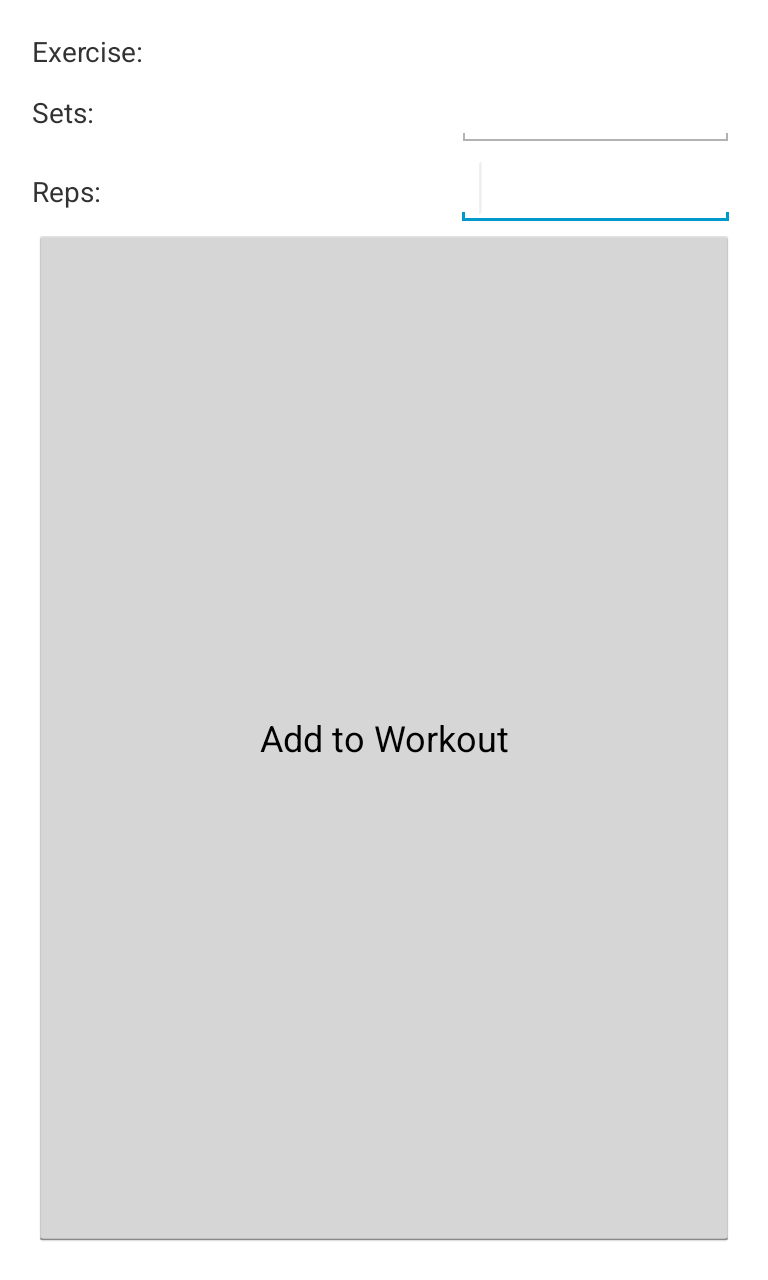
Repository: jmcdon09/EZWorkout
Layout: EzTrain/EzTrain/res/layout/activity_preview_exercise.xml
These files come from the project's save history. The layout is drawn as it stood at one moment and after the next save; the edit follows.
It is drawn on a 768 x 1280 px phone screen (xhdpi) without system bars, with theme AppTheme; the app's code is not run.

Above is the layout before, as saved 2014-03-27 23:33:38.

### EzTrain/EzTrain/res/layout/activity_preview_exercise.xml
<LinearLayout xmlns:android="http://schemas.android.com/apk/res/android"
    xmlns:tools="http://schemas.android.com/tools"
    android:id="@+id/LinearLayout1"
    android:layout_width="match_parent"
    android:layout_height="match_parent"
    android:orientation="vertical"
    android:paddingBottom="@dimen/activity_vertical_margin"
    android:paddingLeft="@dimen/activity_horizontal_margin"
    android:paddingRight="@dimen/activity_horizontal_margin"
    android:paddingTop="@dimen/activity_vertical_margin"
    tools:context=".PreviewExercise" >

    <LinearLayout
        android:weightSum="100"
        android:layout_width="match_parent"
        android:layout_height="wrap_content"
        android:orientation="horizontal" >

        <TextView
            android:layout_weight="60"
            android:layout_width="fill_parent"
            android:layout_height="wrap_content"
            android:text="@string/exercise" />

        <TextView
            android:layout_weight="40"
            android:id="@+id/preview_exercise_name"
            android:layout_width="fill_parent"
            android:layout_height="wrap_content" />

    </LinearLayout>

    <LinearLayout
        android:weightSum="100"
        android:layout_width="fill_parent"
        android:layout_height="wrap_content"
        android:orientation="horizontal" >

        <TextView
            android:layout_weight="40"
            android:layout_width="fill_parent"
            android:layout_height="wrap_content"
            android:text="@string/preview_exer_set" />

        <EditText
            android:layout_weight="60"
            android:id="@+id/preview_exer_set_number"
            android:layout_width="fill_parent"
            android:layout_height="wrap_content"
            android:ems="10"
            android:inputType="numberSigned" >

            <requestFocus />
        </EditText>
    </LinearLayout>

    <LinearLayout
        android:weightSum="100"
        android:layout_width="fill_parent"
        android:layout_height="wrap_content"
        android:orientation="horizontal" >

        <TextView
            android:layout_weight="40"
            android:layout_width="fill_parent"
            android:layout_height="wrap_content"
            android:text="@string/preview_exer_reps" />

        <EditText
            android:layout_weight="60"
            android:id="@+id/preview_exer_rep_number"
            android:layout_width="fill_parent"
            android:layout_height="wrap_content"
            android:ems="10"
            android:inputType="numberSigned" >

            <requestFocus />
        </EditText>
    </LinearLayout>

    <Button
        android:id="@+id/button1"
        android:layout_weight="0.33"
        android:layout_width="fill_parent"
        android:layout_gravity="center"
        android:layout_height="wrap_content"
        android:text="Add to Workout" />

</LinearLayout>

### EzTrain/EzTrain/res/values-v11/styles.xml
<?xml version="1.0" encoding="utf-8"?>
<resources>

    <!--
        Base application theme for API 11+. This theme completely replaces
        AppBaseTheme from res/values/styles.xml on API 11+ devices.
    -->
    <style name="AppBaseTheme" parent="android:Theme.Holo.Light">
        <!-- API 11 theme customizations can go here. -->
    </style>

    <style name="FullscreenTheme" parent="android:Theme.Holo">
        <item name="android:actionBarStyle">@style/FullscreenActionBarStyle</item>
        <item name="android:windowActionBarOverlay">true</item>
        <item name="android:windowBackground">@null</item>
        <item name="buttonBarStyle">?android:attr/buttonBarStyle</item>
        <item name="buttonBarButtonStyle">?android:attr/buttonBarButtonStyle</item>
    </style>

    <style name="FullscreenActionBarStyle" parent="android:Widget.Holo.Light.ActionBar">
        <item name="android:background">@color/action_bar_background</item>
        <item name="android:actionMenuTextColor">@color/black_overlay</item>
    </style>

</resources>

### EzTrain/EzTrain/res/values-v14/styles.xml
<resources>

    <!--
        Base application theme for API 14+. This theme completely replaces
        AppBaseTheme from BOTH res/values/styles.xml and
        res/values-v11/styles.xml on API 14+ devices.
    -->
    <style name="AppBaseTheme" parent="@android:style/Theme.Holo.Light.DarkActionBar">
        <!-- API 14 theme customizations can go here. -->
        <item name="android:actionBarStyle">@style/MyActionBar</item>


    </style>

    <style name="MyActionBar" parent="@android:style/Widget.Holo.Light.ActionBar">
        <item name="android:background">@color/action_bar_background</item>
        <item name="android:titleTextStyle">@style/MyActionBarTitle</item>
    </style>

	<style name="MyActionBarTitle" parent="@android:style/TextAppearance.Holo.Widget.ActionBar.Title">
	    <item name="android:textColor">@color/title</item>

	</style>



</resources>

### EzTrain/EzTrain/res/values/colors.xml
<resources>

    <color name="action_bar_background">#4db6af</color>
    <color name="black_overlay">#66000000</color>
    <color name="background">#eee</color>
    <color name="font">#444</color>
    <color name="accent">#ccc</color>
    <color name="title">#FFF</color>

</resources>

### EzTrain/EzTrain/res/values/strings.xml
<?xml version="1.0" encoding="utf-8"?>
<resources>

    <string name="app_name">EZWorkout</string>

    <string-array name="muscle_groups">
        <item>Arms</item>
        <item>Abdominals</item>
        <item>Chest</item>
        <item>Back</item>
        <item>Legs</item>
        <item>Shoulders</item>
    </string-array>

    <string-array name="my_workouts">
        <item>Biceps</item>
        <item>Major Chest Workout</item>
    </string-array>

    <string-array name="chest">
        <item>Benchpress</item>
        <item>Butterflys</item>
        <item>Push Ups</item>
        <item>Iron Cross</item>
        <item>Decline Dumbell Press</item>
        <item></item>
    </string-array>

    <string-array name="arms">
        <item>Bicep Curls</item>
        <item>Spider Curls</item>
        <item>Tricep Dips</item>
        <item>Skullcrushers</item>
        <item>French Press</item>
    </string-array>

    <string-array name="shoudlers">
        <item>Shoulder Abduction</item>
        <item>Military Press</item>
    </string-array>

    <string-array name="abdominals">
        <item>Crunches</item>
        <item>Russian Twists</item>
        <item>Sit-ups</item>
        <item>Toe Touches</item>
    </string-array>

    <string-array name="legs">
        <item>One Legged Squats</item>
        <item>Romanian Deadlifts</item>
        <item>Trap Bar Deadlifts</item>
        <item>Box Jumps</item>
    </string-array>

    <string-array name="back">
        <item>Standing Good Mornings</item>
        <item>Seated Good Mornings</item>
        <item>Reverse Hypers</item>
        <item>Chin Ups</item>
    </string-array>

    <string name="workout_now">Start Workout</string>
    <string name="progress">My Progress</string>
    <string name="design_work">Design Workout</string>
    <string name="title_activity_start_workout">Start Workout</string>
    <string name="title_activity_my_progress">My Progress</string>
    <string name="title_activity_design_workout">Design Workout</string>
    <string name="title_activity_add_exercises">Add Exercises</string>
    <string name="title_activity_create_exercise">Create Exercise</string>
    <string name="title_activity_preview_workout">Preview Workout</string>
    <string name="title_activity_my_workouts">My Workouts</string>
    <string name="title_activity_workout">Workout</string>
    <string name="title_activity_active_workout">Active Workout</string>
    <string name="workout_name">Workout Name</string>
    <string name="return_workout"></string>
    <string name="action_settings">Action Settings</string>
    <string name="add_exercise_to_workout">Add Exercises to </string>
    <string name="add_exercise">Add Exercise</string>
    <string name="begin_design">Start Design</string>
    <string name="create_exercise">Create Exercise</string>
    <string name="muscle_group">Muscle Group</string>
    <string name="workout_description">Workout Description</string>
    <string name="related_workouts">Related Workouts</string>
    <string name="my_workouts">My Workouts</string>
    <string name="exercises">Exercises</string>
    <string name="start_workout">Start Workout</string>
    <string name="browse_workouts">Browse Workouts</string>
    <string name="exercise_name">Exercise Name</string>
    <string name="set_number">Set #</string>
    <string name="reps">Repitions</string>
    <string name="rep_hint">Rep hint goes here</string>
    <string name="weight">Weight</string>
    <string name="table_exercise">Exercise</string>
    <string name="table_sets">Sets</string>
    <string name="table_reps">Repititions</string>
    <string name="action_home">Home</string>
    <string name="exercise1">Bench press </string>
    <string name="set1">4</string>
    <string name="rep1">8#821112</string>
    <string name="exercise_detail">Details here</string>
    <string name="title_activity_preview_exercise">Preview Exercise</string>
    <string name="hello_world">Hello world!</string>
    <string name="preview_workout">Preview Workout</string>
    <string name="title_activity_preview_design">Preview Design</string>
    <string name="exercise">Exercise: </string>
    <string name="preview_exer_set">Sets: </string>
    <string name="preview_exer_reps">Reps: </string>

</resources>

Loaded but not shown: EzTrain/EzTrain/res/values/styles.xml (common file); EzTrain/EzTrain/res/values/dimens.xml (common file)

After the next save:
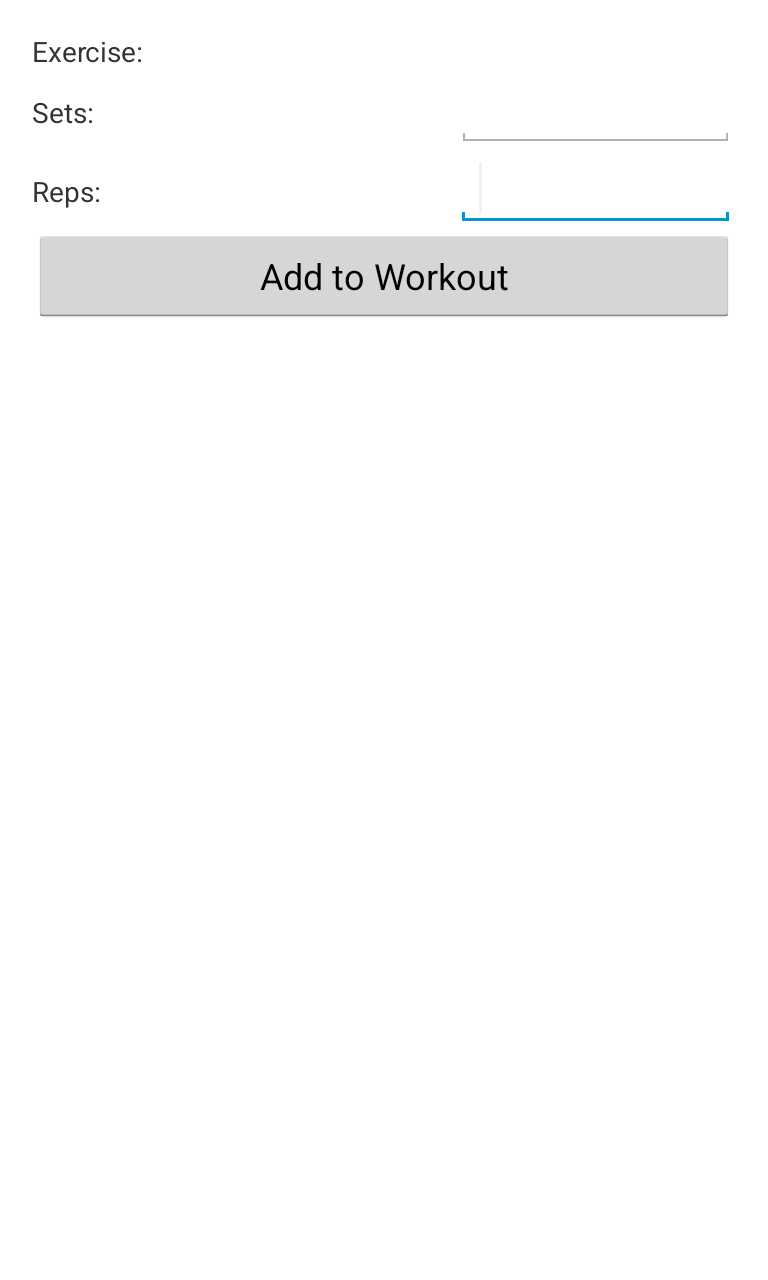
Saved 17 s later.
--- a/EzTrain/EzTrain/res/layout/activity_preview_exercise.xml
+++ b/EzTrain/EzTrain/res/layout/activity_preview_exercise.xml
@@ -80,7 +80,6 @@
 
     <Button
         android:id="@+id/button1"
-        android:layout_weight="0.33"
         android:layout_width="fill_parent"
         android:layout_gravity="center"
         android:layout_height="wrap_content"
